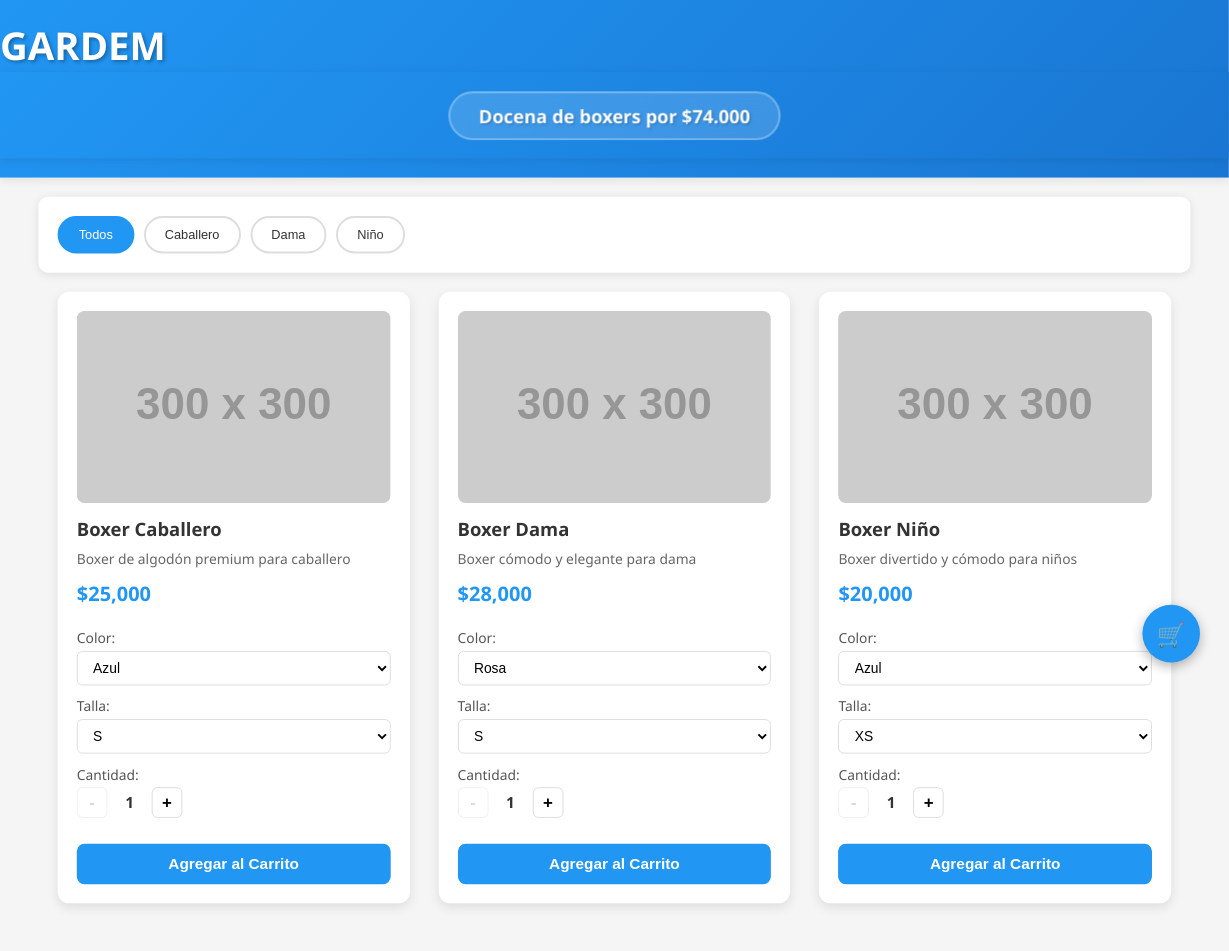
Repository: dasalgar123/gardem_react
Page: /
The author's editor kept a copy of each file at every save. The page is drawn from the files as they stood at one save, then again after the next save.
The browser window is 1280 px wide. The pictures show the whole page, at 96% of full size.
The project was rebuilt for these pictures with package versions that can differ from the ones it lists, and the page was loaded fresh each time.

Above is the page before, as saved 2025-08-02 18:21:21.

After the next save:
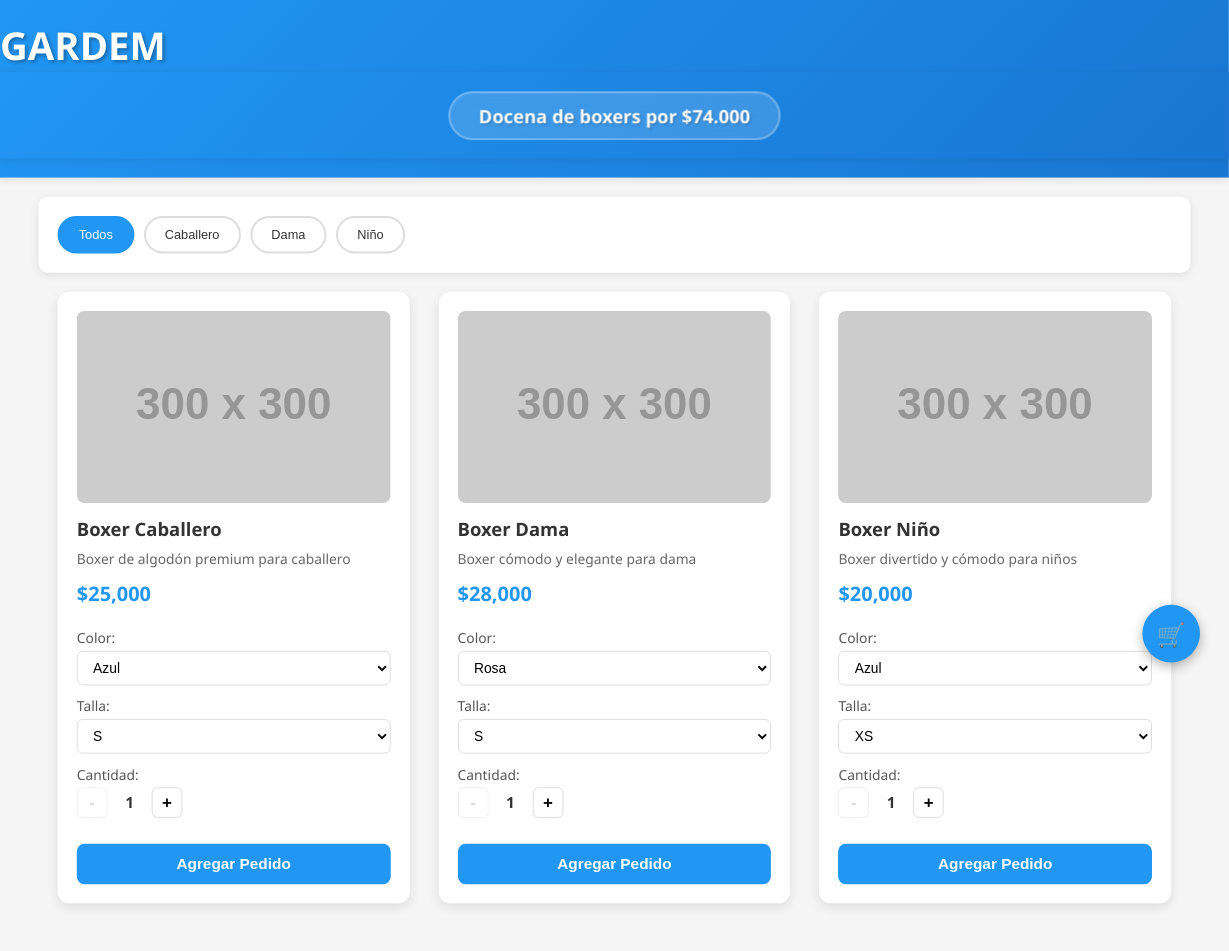
Saved 31 s later.
--- a/src/components/Tarjeta.js
+++ b/src/components/Tarjeta.js
@@ -81,12 +81,12 @@
         </div>
       </div>
 
-      {/* Botón agregar al carrito */}
+      {/* Botón agregar pedido */}
       <button
         className="btn-agregar"
         onClick={handleAgregar}
       >
-        Agregar al Carrito
+        Agregar Pedido
       </button>
     </div>
   );
